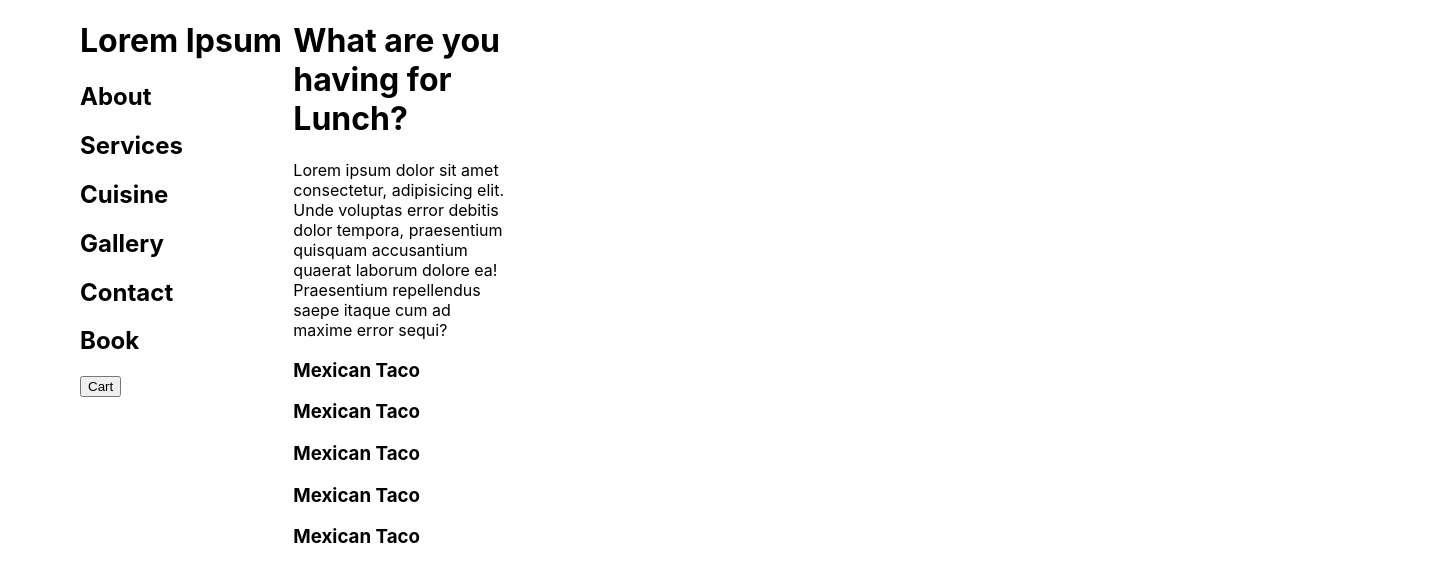
Repository: Marlstergo/assignment2
Page: /
An editor plug-in stored every save of this project. The page is shown before and after the next save, followed by the edit.
The browser window is 1280 px wide. The page is 1440 px wide, then 1280 px, so the pictures cover 1440 px, including what lies to the right of the window. The pictures show the whole page.
The project was rebuilt for these pictures with package versions that can differ from the ones it lists, and the page was loaded fresh each time.

Above is the page before, as saved 2021-07-27 01:38:53.

After the next save:
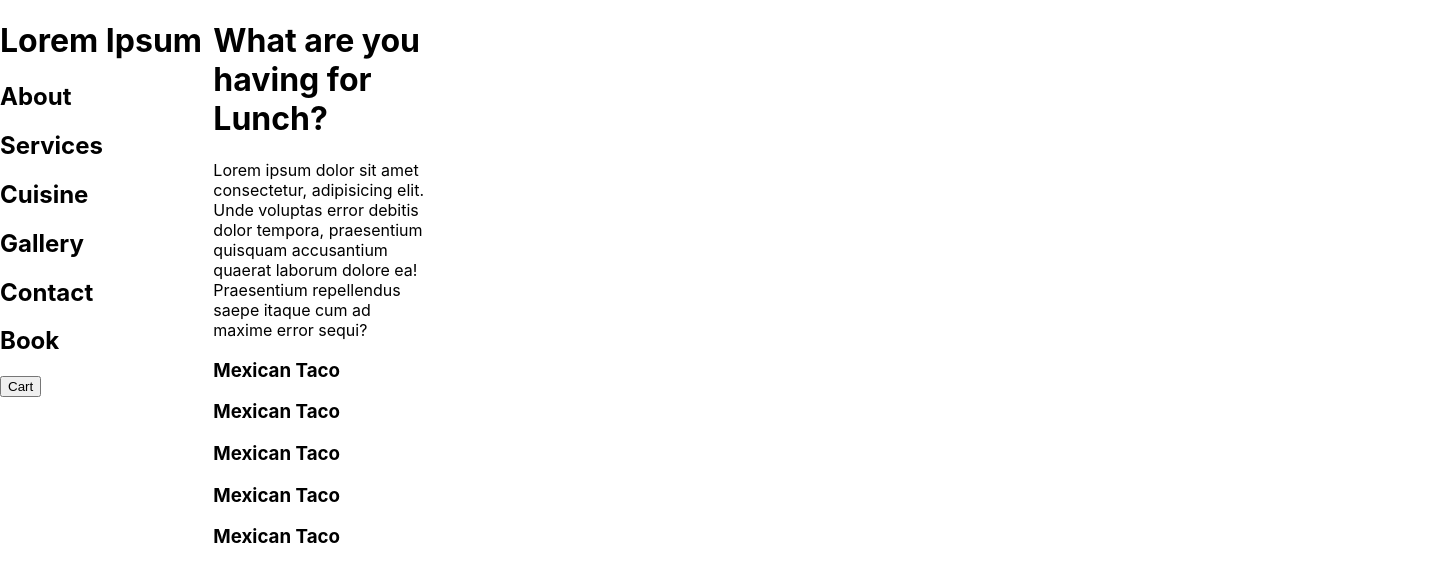
Saved 57 s later.
--- a/src/App.css
+++ b/src/App.css
@@ -20,16 +20,16 @@
 @media screen and (min-width: 1024px) {
   .container {
     max-width: 1024px;
-    padding-left: 4rem;
-    padding-right: 4rem;
+    /* padding-left: 4rem;
+    padding-right: 4rem; */
   }
 }
 
 @media screen and (min-width: 1280px) {
   .container {
     max-width: 1280px;
-    padding-left: 5rem;
-    padding-right: 5rem;
+    /* padding-left: 5rem;
+    padding-right: 5rem; */
   }
 }
 
